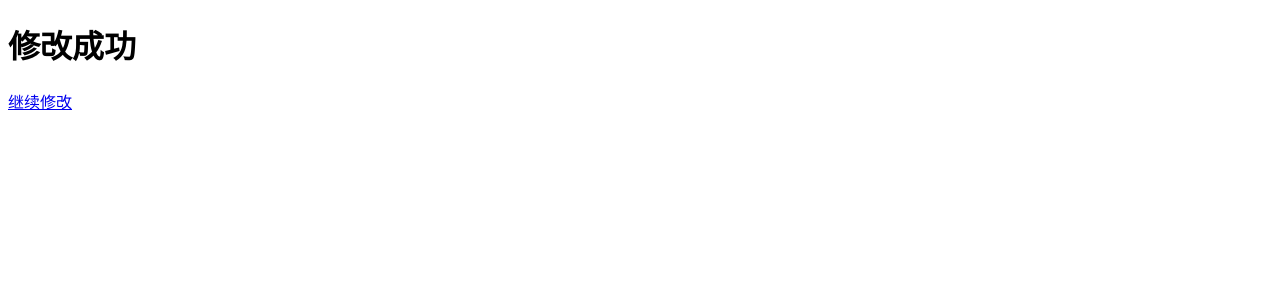
Repository: huangqifei/Test
Page: http://localhost/travel/addsight_success.jsp
The author's editor kept a copy of each file at every save. The page is drawn from the files as they stood at one save, then again after the next save.
The browser window is 1280 px wide. The pictures show the whole page.
The page is served by Tomcat 9. Nobody is signed in. The application's start-up code is not run. Other server files are loaded and not shown.

Above is the page before, as saved 2015-03-11 09:58:00.

### 旅行社管理系统/lvyouguanli/travel/WebRoot/addsight_success.jsp
<%@ page language="java" contentType="text/html; charset=gb2312"
    pageEncoding="gb2312"%>
<!DOCTYPE html PUBLIC "-//W3C//DTD HTML 4.01 Transitional//EN" "http://www.w3.org/TR/html4/loose.dtd">
<html>
<head>
<meta http-equiv="Content-Type" content="text/html; charset=gb2312">
<title>Insert title here</title>
</head>
<body>
	<h1>修改成功</h1>
	<a href="adminsightlink.do">继续修改</a>
</body>
</html>

After the next save:
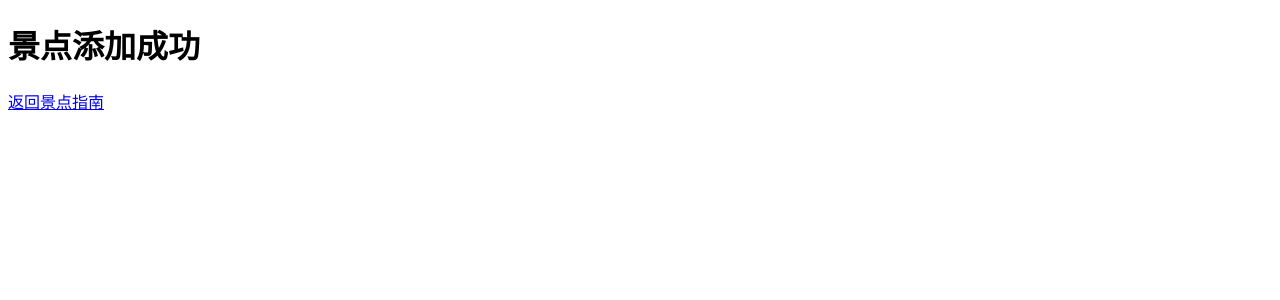
Saved 12 min 57 s later.
--- a/旅行社管理系统/lvyouguanli/travel/WebRoot/addsight_success.jsp
+++ b/旅行社管理系统/lvyouguanli/travel/WebRoot/addsight_success.jsp
@@ -7,7 +7,7 @@
 <title>Insert title here</title>
 </head>
 <body>
-	<h1>修改成功</h1>
-	<a href="adminsightlink.do">继续修改</a>
+	<h1>景点添加成功</h1>
+	<a href="adminsightlink.do">返回景点指南</a>
 </body>
 </html>
